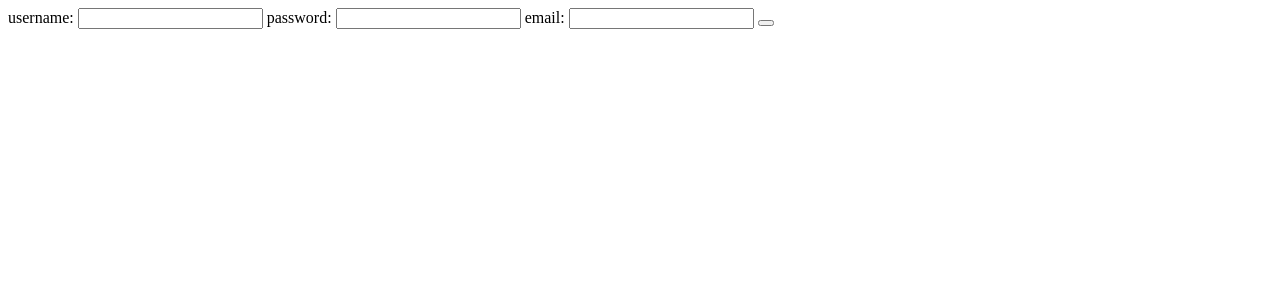
Repository: tung1233hhhhhhhhhhhhh/shoppingcart
Page: page/signup.html
These files come from the project's save history. The page is drawn as it stood at one moment and after the next save; the edit follows.
The browser window is 1280 px wide. The pictures show the whole page.

Above is the page before, as saved 2023-07-20 23:15:19.

### page/signup.html
<!DOCTYPE html>
<html lang="en">

<head>
    <meta charset="UTF-8">
    <meta name="viewport" content="width=device-width, initial-scale=1.0">
    <title>Document</title>
</head>

<body>


    <form action="" method="post">
        <label for="">username:</label>
        <input type="text" name="username">
        <label for="">password:</label>
        <input type="text" name="username">
        <label for="">email:</label>
        <input type="text" name="username">
        <button name="" value="dang kys"></button>
    </form>


</body>

</html>

After the next save:
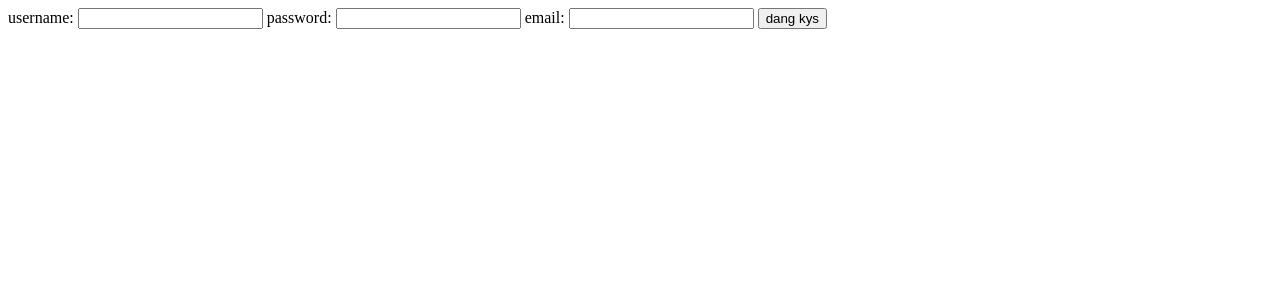
Saved 17 s later.
--- a/page/signup.html
+++ b/page/signup.html
@@ -17,7 +17,7 @@
         <input type="text" name="username">
         <label for="">email:</label>
         <input type="text" name="username">
-        <button name="" value="dang kys"></button>
+        <button name="" value="dang kys">dang kys</button>
     </form>
 
 
